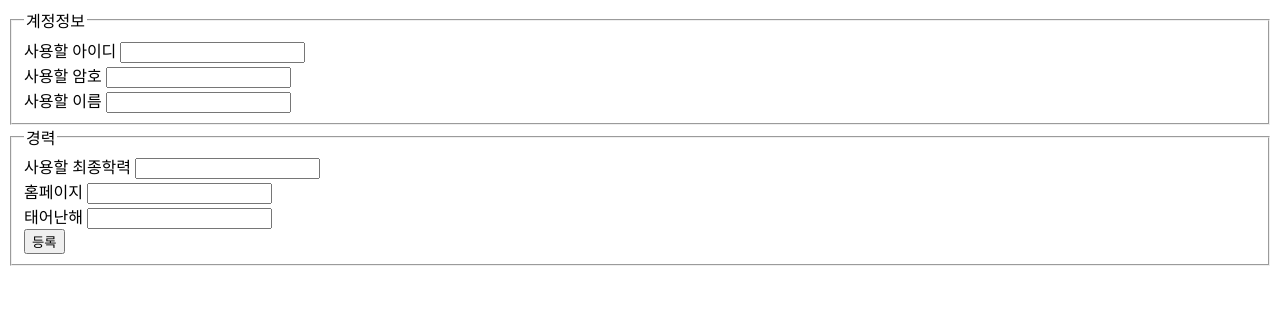
Repository: ybshim90/sesac1
Page: day_20211217_01_web/src/main/webapp/regist.html
The author's editor kept a copy of each file at every save. The page is drawn from the files as they stood at one save, then again after the next save.
The browser window is 1280 px wide. The pictures show the whole page.

Above is the page before, as saved 2021-12-17 05:33:01.

### day_20211217_01_web/src/main/webapp/regist.html
<!DOCTYPE html>
<html>
	<head>
		<meta charset="UTF-8">
		<title>Insert title here</title>
	</head>
	<body>
		<form action="jsp/form1.jsp" method="post">
			<fieldset>
				<legend>계정정보</legend>
				<label> 사용할 아이디
					<input type="text" name="memid"><br>
				</label>

				<label for="id_pw">사용할 암호</label>
				<input type="password" name="mempw" id="id_pw"><br>

				사용할 이름
				<input type="text" name="memname"><br>

			</fieldset>

			<fieldset>
				<legend>경력</legend>

				<label>사용할 최종학력
					<input type="search" name="keyword"><br>
				</label>

				<label>홈페이지
					<input type="url" name="homepage"><br>
				</label>

				<label>태어난해
					<input type="number" name="birthYear"><br>
				</label>

				<input type="submit" value="등록">
			</fieldset>
		</form>
	</body>
</html>

After the next save:
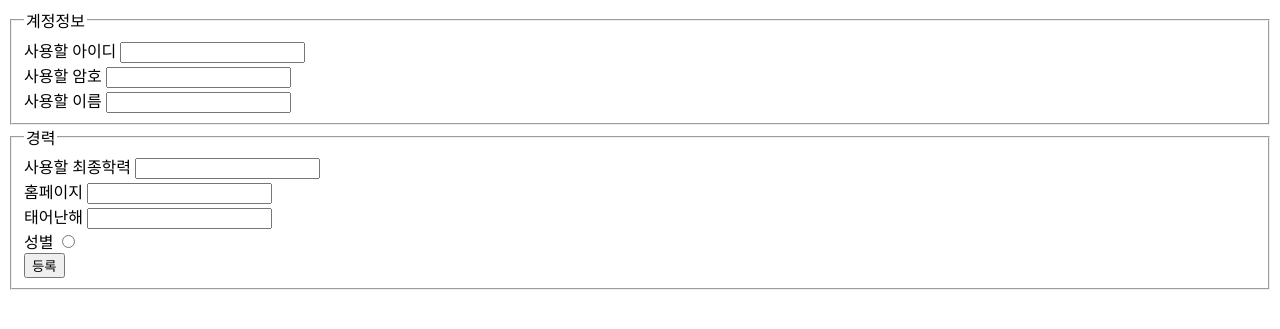
Saved 3 min 7 s later.
--- a/day_20211217_01_web/src/main/webapp/regist.html
+++ b/day_20211217_01_web/src/main/webapp/regist.html
@@ -35,6 +35,10 @@
 					<input type="number" name="birthYear"><br>
 				</label>
 
+				<label>성별
+					<input type="radio" value="f" name="gender"><br>
+				</label>
+
 				<input type="submit" value="등록">
 			</fieldset>
 		</form>
